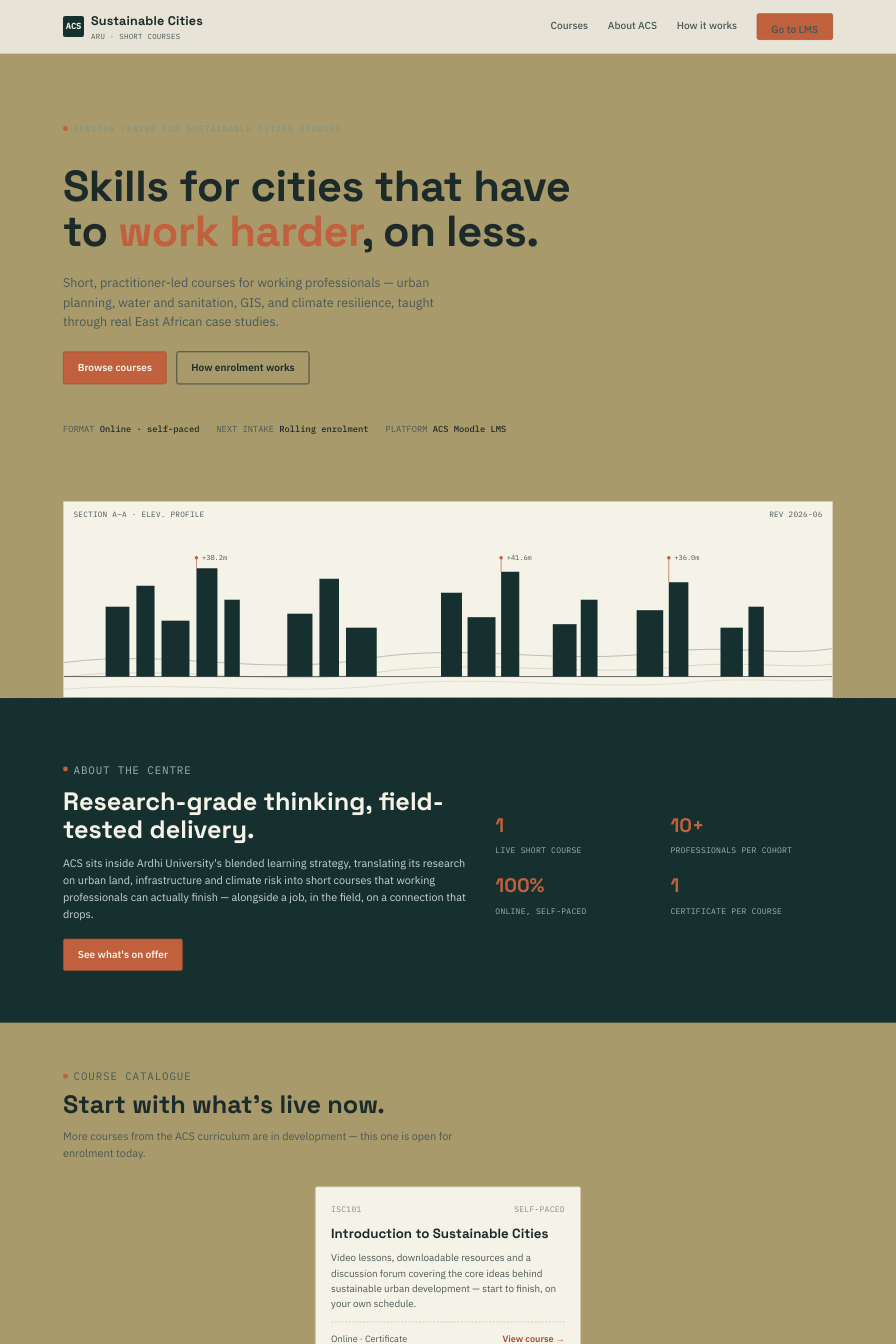
Repository: stephanmbuya6-cyber/ACS-LMS-Project
Page: index.html
An editor plug-in stored every save of this project. The page is shown before and after the next save, followed by the edit.
The browser window is 1280 px wide. The pictures show the part of the page from y = 0 to 1920 px (the page is 3225 px tall), at 70% of full size.

Above is the page before, as saved 2026-06-23 14:37:31.

After the next save:
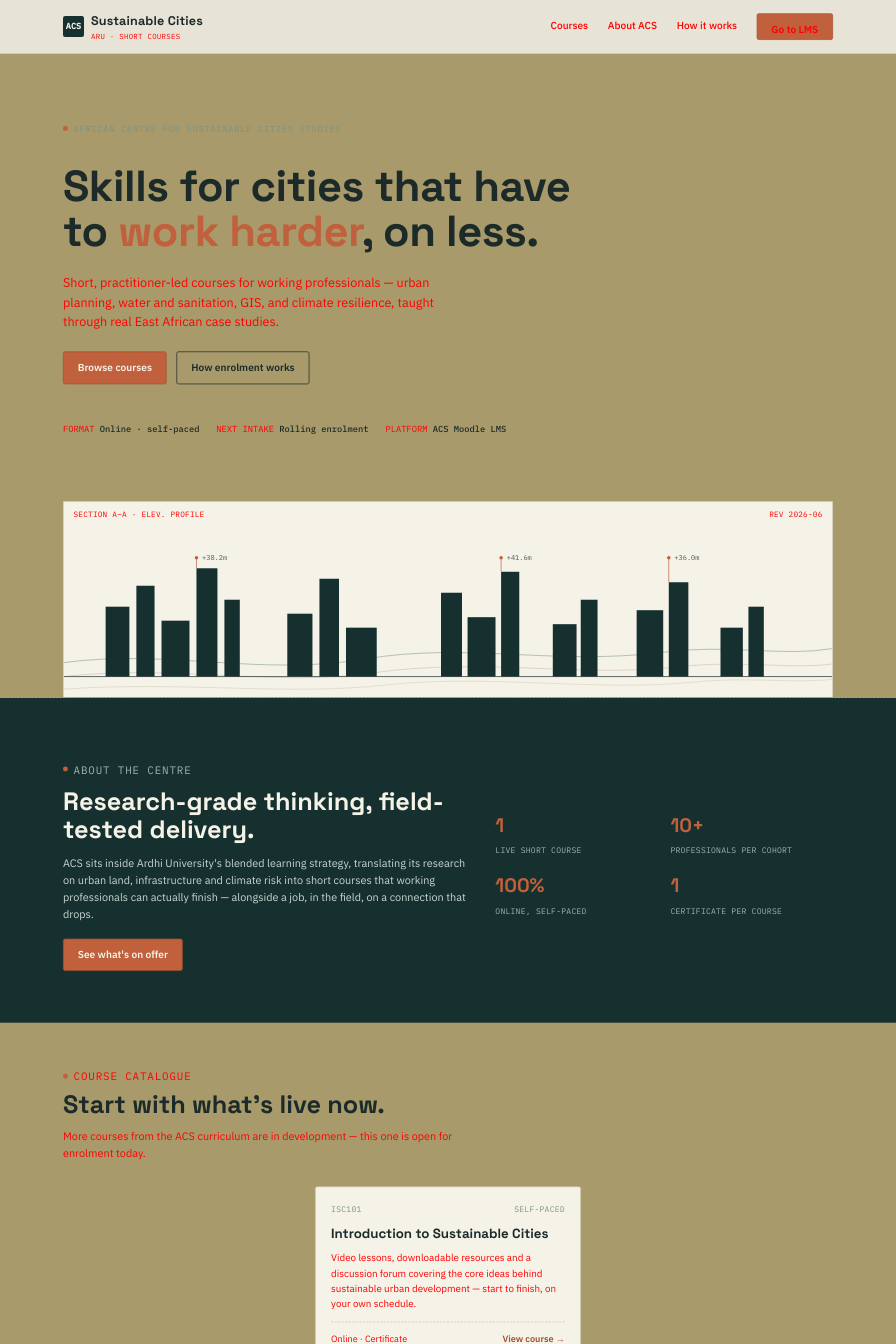
Saved 2 min 22 s later.
--- a/index.html
+++ b/index.html
@@ -12,7 +12,7 @@
     --bg:#a89a6a;
     --bg-deep:#16302F;
     --ink:#1C2B2A;
-    --ink-soft:#4A5957;
+    --ink-soft:red;
     --clay:#C1603C;
     --clay-dark:#A24F31;
     --sage:#7C9484;
